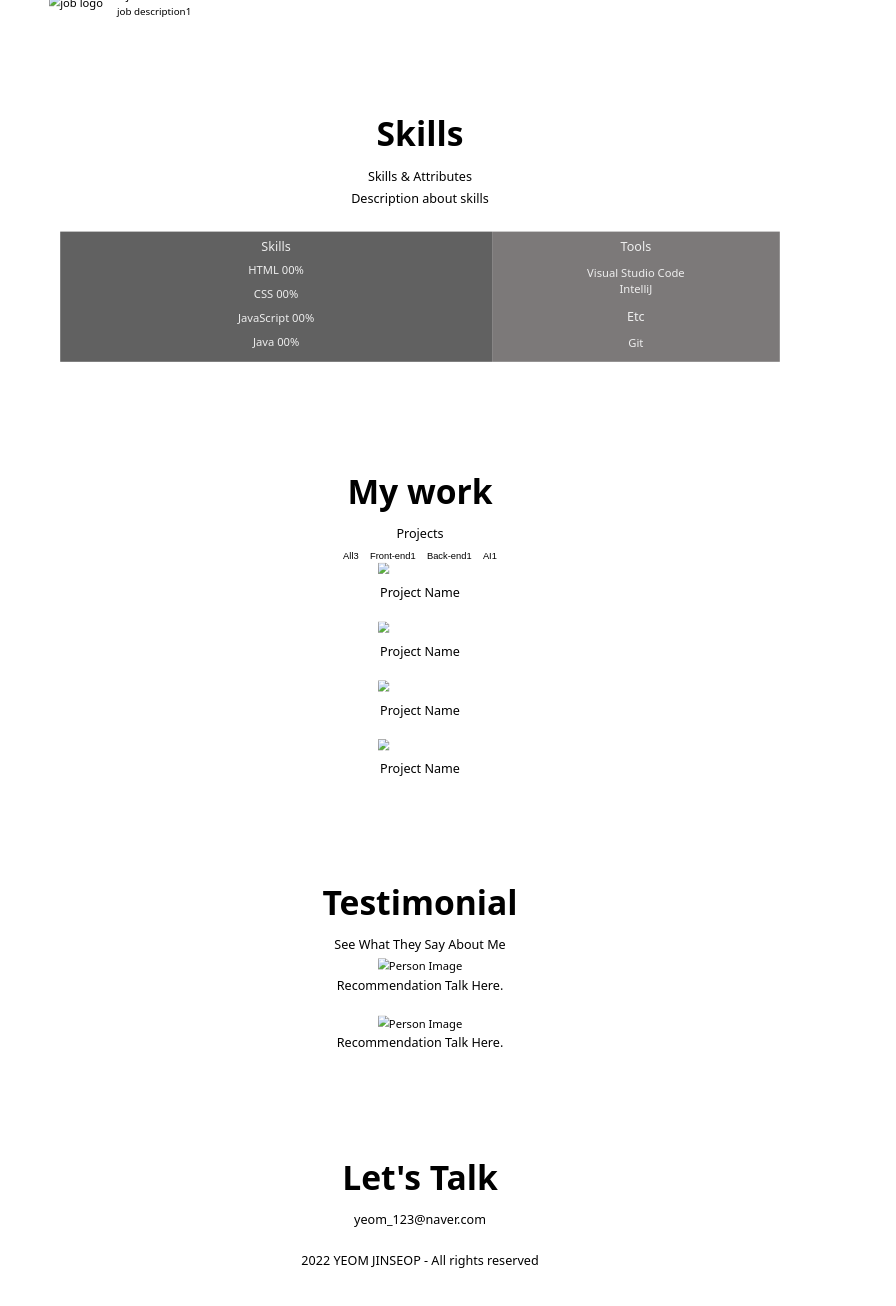
Repository: YEOMJINSEOP/yeomjinseop.github.io
Page: index.html
These files come from the project's save history. The page is drawn as it stood at one moment and after the next save; the edit follows.
The browser window is 1280 px wide. The pictures show the part of the page from y = 1217 to 3137 px (the page is 3083 px tall before and 3137 px after), at 70% of full size.
Some web libraries are served in a nearby version.

Above is the page before, as saved 2022-08-14 16:13:26.

### index.html
<!DOCTYPE html>
<html lang="en">
<head>
  <meta charset="UTF-8">
  <meta http-equiv="X-UA-Compatible" content="IE=edge">
  <meta name="viewport" content="width=device-width, initial-scale=1.0">
  <title>Jinseop's Portfolio</title>
  <meta name="author" content="Jinseop Yeom">
  <meta name="description" content="Portfolio Website For Jinseop Yeom">

  <!--Logo Image-->
  <link rel="icon" type="image/png" href="images/favicon.png">


  <!--Font Awesome-->
  <script src="https://kit.fontawesome.com/d24b25bb21.js" crossorigin="anonymous"></script>

  <!--Google Fonts-->
  <link rel="preconnect" href="https://fonts.googleapis.com">
  <link rel="preconnect" href="https://fonts.gstatic.com" crossorigin>
  <link href="https://fonts.googleapis.com/css2?family=Open+Sans:wght@400;600;700&display=swap" rel="stylesheet">

  <!--CSS-->
  <link rel="stylesheet" href="style.css">

  <!--JavaScript-->
  <script src="main.js" defer></script>

</head>
<body>
  <!--Navbar-->
  <nav id="navbar">
    <div class="navbar__logo">
      <i class="fa-solid fa-utensils"></i>
      <a href="#">Yeom JinSeop</a>
    </div>
    <div>
      <ul class="navbar__menu">
        <li class="navbar__menu__item active">Home</li>
        <li class="navbar__menu__item">About</li>
        <li class="navbar__menu__item">Skill</li>
        <li class="navbar__menu__item">My work</li>
        <li class="navbar__menu__item">Testimonial</li>
        <li class="navbar__menu__item">Contact</li>
      </ul>
    </div>
  </nav>

  <!-- Home -->
  <section id="home" class="section">
    <img src="/images/whileimage.png" alt="Jinseop's image" class="home__avatar">
    <h1 class="home__title">Welcome! <br/> Jinseop's Portfolio</h1>
    <h3 class="home__description">Type Home Description Here.</h3>
    <button class="home__button">Contact Me</button>
  </section>

  <!--About-->
  <section id="about" class="section">
    <h1>About me</h1>
    <p>Wrtie about me here.</p>

    <div class="about__majors">
      <div class="about__majors">
      <div class="major">
        <div class="major__icon">
          <i class="fa-brands fa-html5"></i>
        </div>
        <div class="major__title">
          Front-end
        </div>
        <div class="major__description">
          description about Front-end
        </div>
      </div>

      <div class="major">
        <div class="major__icon">
          <i class="fa-solid fa-server"></i>
        </div>
        <div class="major__title">
          Back-end
        </div>
        <div class="major__description">
          description about Back-end
        </div>
      </div>


      <div class="major">
        <div class="major__icon">
          <i class="fa-brands fa-python"></i>
        </div>
        <div class="major__title">
          AI
        </div>
        <div class="major__description">
          description about AI
        </div>
      </div>
    </div>
  </div>

    <div class="about__jobs">
      <div class="job">
        <img src="" alt="job logo" class="job__logo">
        <div class="job__info">
          <p class="job__name">job name1</p>
          <p class="job__description">job description1</p>
        </div>
      </div>
      <div class="job">
        <img src="" alt="job logo" class="job__logo">
        <div class="job__info">
          <p class="job__name">job name1</p>
          <p class="job__description">job description1</p>
        </div>
      </div>
    </div>
  </section>

  <!--Skills-->
  <section id="skills" class="section">
    <h1>Skills</h1>
    <h3>Skills & Attributes</h3>
    <p>Description about skills</p>
    <div class="skillset">
      <div class="skillset__left">
        <h3 class="skillset__title">Skills</h3>
        <div class="skill">
          <div class="skill_description">
            <span>HTML</span>
            <span>00%</span>
          </div>

          <div class="skill__bar">
            <div class="skill__value"></div>
          </div>
        </div>

        <div class="skill">
          <div class="skill_description">
            <span>CSS</span>
            <span>00%</span>
          </div>

          <div class="skill__bar">
            <div class="skill__value"></div>
          </div>

          <div class="skill">
            <div class="skill_description">
              <span>JavaScript</span>
              <span>00%</span>
            </div>

            <div class="skill__bar">
              <div class="skill__value"></div>
            </div>
          </div>
        </div>

        <div class="skill">
          <div class="skill_description">
            <span>Java</span>
            <span>00%</span>
          </div>

          <div class="skill__bar">
            <div class="skill__value"></div>
          </div>
        </div>
      </div>

      <div class="skillset__right">
        <div class="tools">
          <h3 class="skillset__title">Tools</h3>
          <ul class="tools_list">
            <li><span>Visual Studio Code</span></li>
            <li><span>IntelliJ</span></li>
          </ul>
        </div>

        <div class="etc">
          <h3 class="skillset__title">Etc</h3>
          <ul class="etc__list">
            <li><span>Git</span></li>
          </ul>
        </div>

      </div>
    </div>
  </section>

  <!--Work-->
  <section id="work" class="section">
    <h1>My work</h1>
    <h3>Projects</h3>
    <div class="work__categories">
      <button class="category__btn">All<span class="category__count">3</span></button>
      <button class="category__btn">Front-end<span class="category__count">1</span></button>
      <button class="category__btn">Back-end<span class="category__count">1</span></button>
      <button class="category__btn">AI<span class="category__count">1</span></button>
    </div>

    <div class="work__projects">
      <a href="#" class="project" target="blank">
        <img src="" alt="project image" class="project__image">
        <div class="project__description">
          <h3>Project Name</h3>
          <span>Description about Project</span>
        </div>
      </a>

      <a href="#" class="project" target="blank">
        <img src="" alt="project image" class="project__image">
        <div class="project__description">
          <h3>Project Name</h3>
          <span>Description about Project</span>
        </div>
      </a>

      <a href="#" class="project" target="blank">
        <img src="" alt="project image" class="project__image">
        <div class="project__description">
          <h3>Project Name</h3>
          <span>Description about Project</span>
        </div>
      </a>

      <a href="#" class="project" target="blank">
        <img src="" alt="project image" class="project__image">
        <div class="project__description">
          <h3>Project Name</h3>
          <span>Description about Project</span>
        </div>
      </a>
    </div>
  </section>

  <!--Testimonial-->
  <section id="testimonial" class="section">
    <h1>Testimonial</h1>
    <h3>See What They Say About Me</h3>
    <div class="testimonials">
      <div class="testimonial">
        <img src="" alt="Person Image" class="testimonial__avatar">
        <div class="testimonial__speech_bubble">
          <p>Recommendation Talk Here.</p>
          <p class="name"><a href="#">Professor A</a></p>
        </div>
      </div>

      <div class="testimonial">
        <img src="" alt="Person Image" class="testimonial__avatar">
        <div class="testimonial__speech_bubble">
          <p>Recommendation Talk Here.</p>
          <p class="name"><a href="#">Professor A</a></p>
        </div>
      </div>
    </div>
  </section>

  <!--Contact-->
  <section id="contact" class="section">
    <h1>Let's Talk</h1>
    <h3>yeom_123@naver.com</h3>
    <div class="contact_links">
      <a href="#" target="blank">
        <i class = "fab fa-github"></i>
      </a>

      <a href="#" target="blank">
        <i class = "fa fa-linkedin-square"></i>
      </a>
    </div>
    <p class="contact_rights">
      2022 YEOM JINSEOP - All rights reserved
    </p>
  </section>
</body>
</html>

### style.css
 /* Global */

 :root{
  /* Color */
  --color-white: #ffffff;
  --color-light-white: #eeeeee;
  --color-dark-whtie: #bdbdbd;
  --color-pink: #fe918d;
  --color-dark-pink: #ff6863;
  --color-black: #4d4d4d;
  --color-grey: #616161;
  --color-light-gray: #7c7979;
  --color-blue: #73aace;
  --color-yellow: #fff7d1;
  --color-orange: #feb546;
  --color-black: #000000;

  /* Font size */
  --font-large: 48px;
  --font-medium: 28px;
  --font-regular: 18px;
  --font-small: 16px;
  --font-micro: 14px;


  /* Font Weight */
  --weight-bold: 700;
  --weight-semi-bold: 600;
  --weight-regular: 400;

  /* Size */
  --size-border-radius: 4px;

  /* Animation */
  --animation-duration: 300ms;

 }

 /* Universal tages */
 * {
  box-sizing: border-box;
 }

 body{
  margin: 0;
  font-family:system-ui, -apple-system, BlinkMacSystemFont, 'Segoe UI', Roboto, Oxygen, Ubuntu, Cantarell, 'Open Sans', 'Helvetica Neue', sans-serif;
  cursor: default;
}

 a{
  text-decoration: none;
  color: var(--color-white);
 }

 ul{
  list-style: none;
  padding-left: 0;
 }

 button{
  background-color: transparent;
  border: none;
  cursor: pointer;
 }



 /* Typography */

 h1{
  font-size: var(--font-large);
  font-weight: var(--weight-bold);
  color: var(--color-black);
  margin: 16px 0;
 }

 h2{
  font-size: var(--font-medium);
  font-weight: var(--weight-semi-bold);
  color: var(--color-black);
  margin: 8px 0;
 }

 h3{
  font-size: var(--font-regular);
  font-weight: var(--weight-regular);
  color: var(--color-black);
  margin: 8px 0;
 }

 p{
  font-size: var(--font-regular);
  font-weight:  var(--font-regular);
  color: var(--color-black);
  margin: 4px 0;
 }

 /* Body  */

 /* Nav */
 #navbar{
  display: flex;
  justify-content: space-between;
  align-items: center;
  background-color: var(--color-pink);
  color: var(--color-white);
  padding: 16px;
 }

 .navbar__logo{
  font-size: var(--font-medium);
  font-weight: var(--weight-semi-bold);
  padding: 8px 12px;
 }

 .navbar__menu{
  display: flex;
  font-size: var(--font-small);
  font-weight: var(--weight-regular);
 }

 .navbar__menu__item.active{
  border: 1px solid white;
 }

 .navbar__menu__item{
  padding: 8px 12px;
  margin: 0 4px;
  border-radius: var(--size-border-radius);
  cursor: pointer;
 }

 .navbar__menu__item:hover{
  background-color: var(--color-dark-pink);
 }

 /* Home */

 #home{
  background-color: var(--color-dark-pink);
  background-position: center;
  background-repeat: no-repeat;
  background-size: cover;
  padding: 40px;
  text-align: center;
 }

 .home__avatar{
  border: 2px solid var(--color-white);
  border-radius: 50%;
  width: 200px;
  height: 200px;
 }

 .home__title,
 .home__description{
  font-size: var(--font-medium);
  color: var(--color-white);
  padding: 4px;
 }

 .home__button{
  border: 1px solid var(--color-white);
  padding: 8px 12px;
  margin-top: 8px;
  color: var(--color-white);
 }

.home__button:hover{
  background-color: var(--color-dark-pink);
}

/* Section Common */
.section{
  padding: 50px;
  text-align: center;
  max-width: 1200px;
}

/* About */

.about__majors{
  display: flex;
  justify-content: center;
  margin: 8px 12px;
  padding: 12px;
}

.major{
  margin: 8px 24px;
}

.major__icon{
  height: 200px;
  width: 200px;
  font-size: 100px;
  line-height: 200px;
  border: 2px solid var(--color-blue);
  border-radius: 50%;
  color: var(--color-blue);
  margin: 8px 12px;
  transition: all var(--animation-duration) linear;
}

.major__icon:hover{
  color: var(--color-orange);
  border-color: var(--color-orange);
}

.major__icon:hover i{
  transform: scale(120%);
}


.major__title {
  font-size: var(--font-regular);
  font-weight: var(--weight-semi-bold);
  color:var(--color-grey);
  margin: 8px;;
}

.major__description{
  font-size: var(--font-small);
  color: var(--color-grey);
}

.about__jobs{
  margin: 12px 0;
}

.job{
  display: flex;
  align-items: center;
}

.job__logo{
  padding: 8px;
  margin: 4px 12px;
}

.job__name{
  font-size: var(--font-small);
}

.job__description{
  font-size: var(--font-micro);
}

/* Skill */
.skillset{
  display: flex;
  justify-content: center;
  margin: 12px 12px;
  padding: 24px;
  color: var(--color-light-white);
}

.skillset__left{
  flex-basis: 60%;
  background-color: var(--color-grey);
}

.skillset__right{
  flex-basis:40%;
  background-color: var(--color-light-gray);
}

.skillset__title{
  color: var(--color-light-white);
  margin: 8px 0;
}

.skill{
  margin: 12px 0;
}

Loaded but not shown: main.js (no copy from this time; the picture is the same without it)

After the next save:
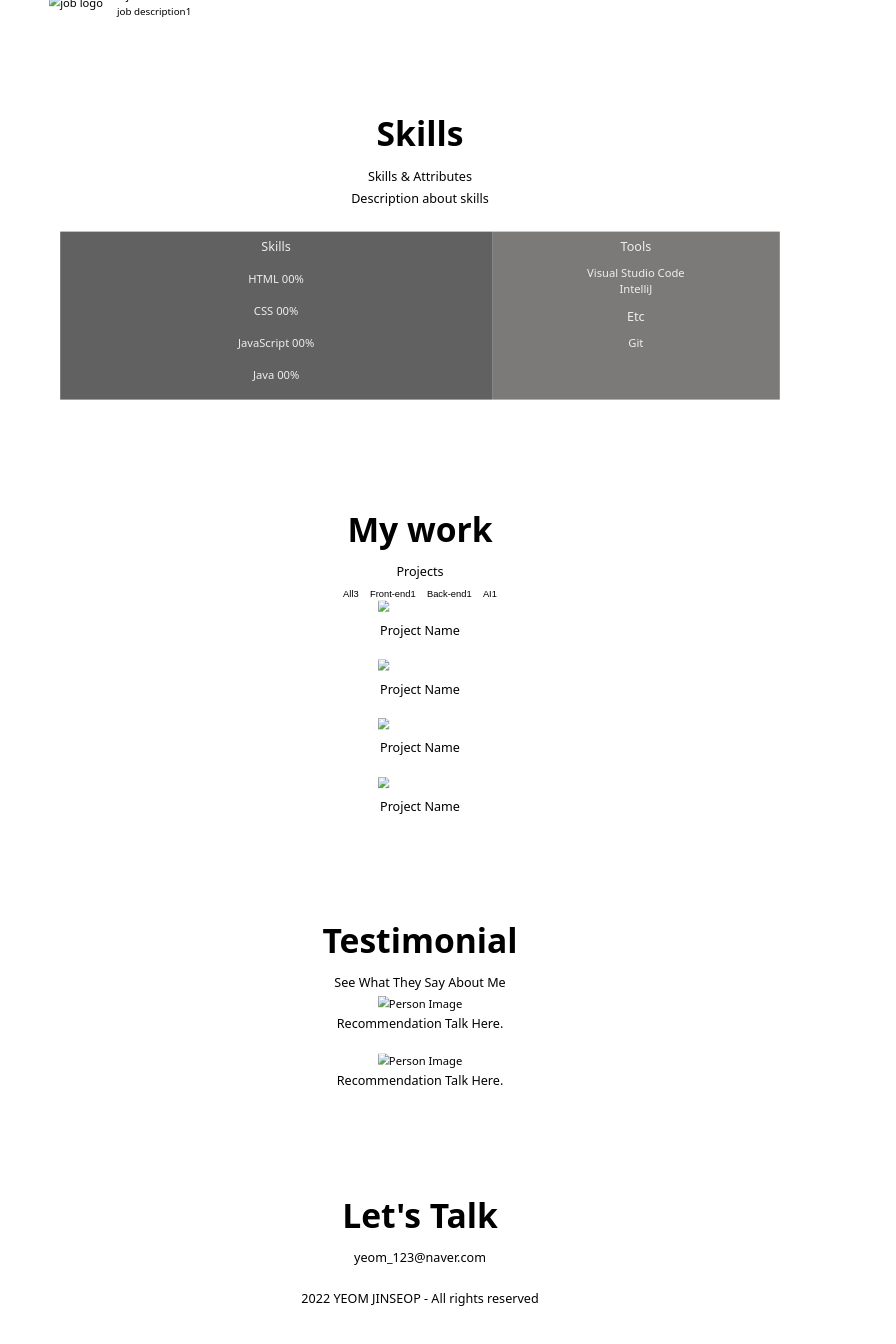
Saved 6 s later.
--- a/style.css
+++ b/style.css
@@ -271,5 +271,5 @@
 }
 
 .skill{
-  margin: 12px 0;
-}
+  margin: 24px 0;
+}
